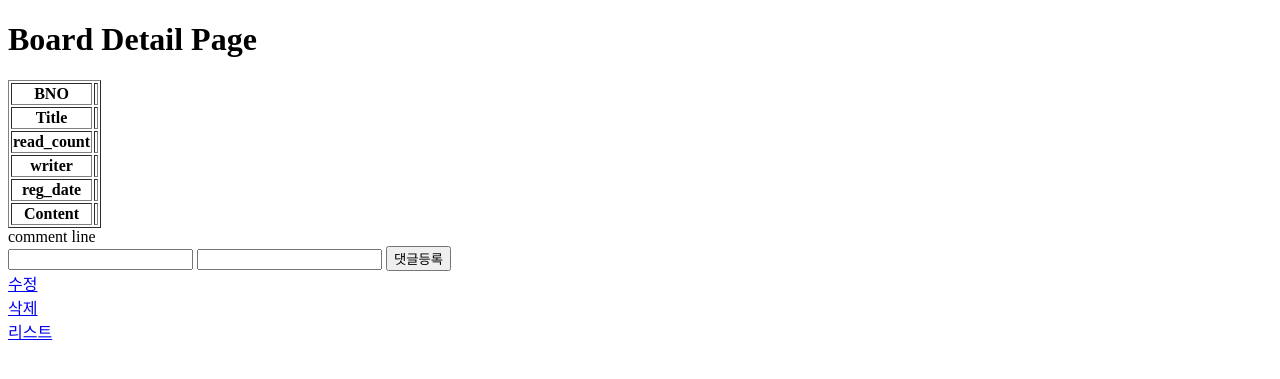
Repository: dhalfks/java2022_09_03
Page: http://localhost/project/board/detail.jsp
The author's editor kept a copy of each file at every save. The page is drawn from the files as they stood at one save, then again after the next save.
The browser window is 1280 px wide. The pictures show the whole page.
The page is served by Tomcat 9. Nobody is signed in. The application's start-up code is not run. The template is opened directly, without the code that normally fills it, so the values that code supplies are empty.

Above is the page before, as saved 2022-12-02 08:30:17.

After the next save:
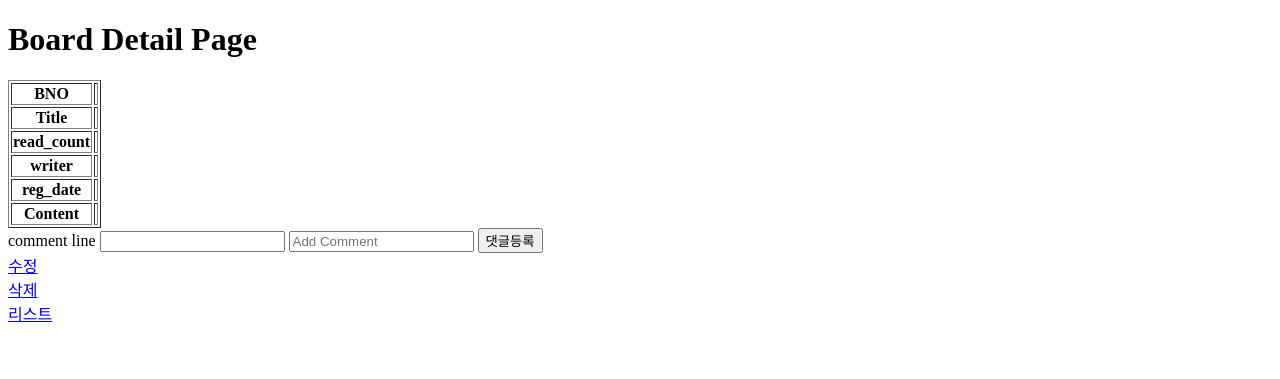
Saved 62 s later.
--- a/JSP_Board&Member (2)/project/src/main/webapp/board/detail.jsp
+++ b/JSP_Board&Member (2)/project/src/main/webapp/board/detail.jsp
@@ -37,12 +37,12 @@
 </table>
 <div>
 	comment line
-	<form action="/cmt/post" method="post">
 		<input type="hidden" name="bno" value="${bvo.bno}" readonly="readonly">
 		<input type="text" name="writer" value="${bvo.writer }" readonly="readonly">
-		<input type="text" name="content">
-		<button type="submit">댓글등록</button>
+		<input type="text" name="content" id="cmtText" placeholder="Add Comment">
+		<button type="button" id="cmtAddBtn">댓글등록</button>
 
+	<form action="/cmt/post" method="post">
 	</form>
 
 </div>
